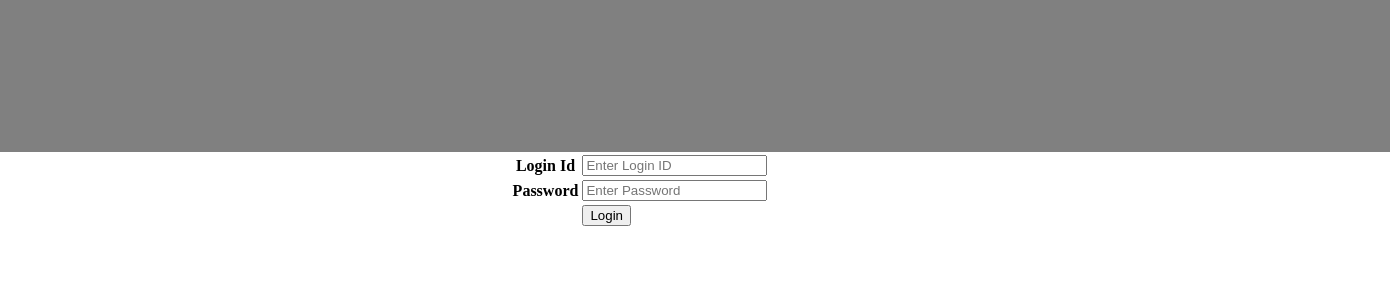
Repository: sapnajariya/Advaned
Page: http://localhost/mvcproject/Login.jsp
An editor plug-in stored every save of this project. The page is shown before and after the next save, followed by the edit.
The browser window is 1280 px wide. The page is 1390 px wide, so the pictures cover 1390 px, including what lies to the right of the window. The pictures show the whole page.
The page is served by Tomcat 9. Other server files are loaded and not shown.

Above is the page before, as saved 2023-02-02 06:12:07.

### AdvanBatch/mvcproject/src/main/webapp/Login.jsp
<%@ page language="java" contentType="text/html; charset=ISO-8859-1"
    pageEncoding="ISO-8859-1"%>
<!DOCTYPE html>
<link href="extra.css" type="text/css" rel="stylesheet">
<html>
<head>
<meta charset="ISO-8859-1">
<title>Insert title here</title>
</head>
<body><center>
<%String err=(String)request.getAttribute("err"); %>
<%if(err!=null){ %>
<%=err %>
<%} %>
<%@include file="header.jsp" %>
<header></header>
<form action="LoginCtl" method="post">
<table>
				<tr>
					<th>Login Id</th>
					<td><input type="text" name="login"
						placeholder="Enter Login ID"></td>

				</tr>
				<tr>
					<th>Password
					<td><input type="password" name="password"
						placeholder="Enter Password" ></td>

				</tr>
				<tr>
					<th></th>
					<td><input type="submit"
						value="Login">
				</tr>
				</table>

				</form></center>
</body>
</html>

### AdvanBatch/mvcproject/src/main/webapp/header.jsp
<%@ page language="java" contentType="text/html; charset=ISO-8859-1"
    pageEncoding="ISO-8859-1"%>
<!DOCTYPE html>
<html>
<head>
<meta charset="ISO-8859-1">
<title>Insert title here</title>
<link href="extra.css" type="text/css" rel="stylesheet">
<style>

a{
color:white;}
</style>
</head>
<body>

<%String name=(String)session.getAttribute("user"); %>
<%if(name!=null) {%>
<%=name %>
<%} %>

<header>
<%if(name!=null) {%>
<a href="userlist">UserList</a>
<%} %></header>
</body>
</html>

### AdvanBatch/mvcproject/src/main/webapp/extra.css
header{

background-color:grey;
postion:fixed;
top:0px;
width:110%;
background-size:cover;
height:80px;
color:white;
margin-top:-8px;

margin-left:-8px;



}
footer{
	background-color:grey;

width:110%;

height:80px;
color:white;
position:fixed;
bottom:0px;
text-align:center;
margin-left:-10px;


}

After the next save:
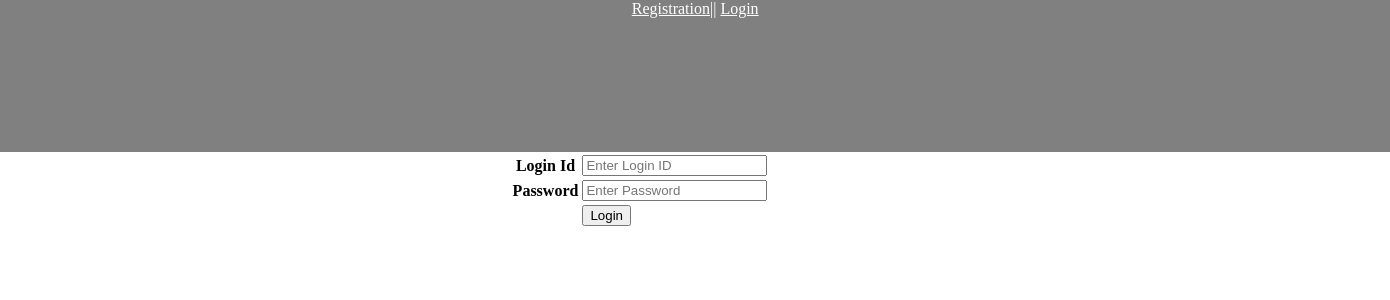
Saved 6 s later.
--- a/AdvanBatch/mvcproject/src/main/webapp/header.jsp
+++ b/AdvanBatch/mvcproject/src/main/webapp/header.jsp
@@ -19,7 +19,8 @@ color:white;}
 <%=name %>
 <%} %>
 
-<header>
+<header><a href="Registration.jsp">Registration</a>||
+<a href="Login.jsp">Login</a>
 <%if(name!=null) {%>
 <a href="userlist">UserList</a>
 <%} %></header>
